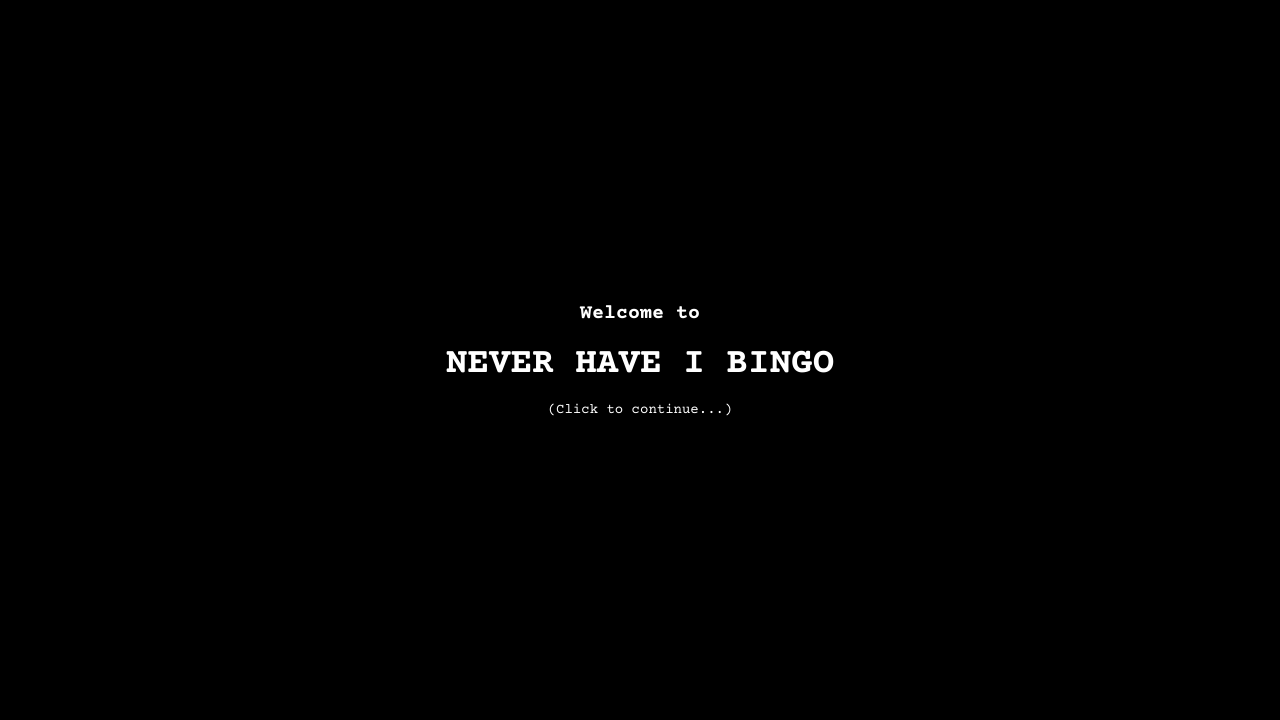
Repository: Jeysmeister/sensoryminds-bingo
Page: /
These files come from the project's save history. The page is drawn as it stood at one moment and after the next save; the edit follows.
The browser window is 1280 px wide. The pictures show the whole page.
The project was rebuilt for these pictures with package versions that can differ from the ones it lists, and the page was loaded fresh each time. The framework's server and built-in components were replaced by stand-ins that run in the browser. Also part of the build but not shown: next.config.ts.

Above is the page before, as saved 2024-11-12 18:32:12.

### app/layout.tsx
import type { Metadata } from "next";
import { Courier_Prime } from "next/font/google";
import "./globals.css";
import Header from "./components/Header";

export const metadata: Metadata = {
  title: "Never have I BINGO",
  description: "Sensory Minds Front-End Coding Challenge",
};

const courier = Courier_Prime({
  subsets: ["latin"],
  weight: ["400", "700"],
});

export default function RootLayout({
  children,
}: Readonly<{
  children: React.ReactNode;
}>) {
  return (
    <html lang="en">
      <body className={`${courier.className} antialiased`}>{children}</body>
    </html>
  );
}

### app/page.tsx
"use client";

import { neverHaveIEverQuestions } from "@/data/questions";
import { motion } from "framer-motion";
import { useState } from "react";
import BingoCard from "./components/BingoCard";
import Header from "./components/Header";

export default function Home() {
  const [activeSection, setActiveSection] = useState(0);

  const getRandomQuestions = (count: number) => {
    const shuffled = [...neverHaveIEverQuestions].sort(() => 0.5 - Math.random());
    return shuffled.slice(0, count);
  };
  const questions = getRandomQuestions(24);

  const slideInVariant = {
    default: { x: 0, opacity: 1, width: "100%" },
    invisible: { x: "100%", opacity: 0, width: 0 },
    visible: { x: 0, opacity: 1, width: "100%", transition: { duration: 2 } },
  };

  return (
    <div className="flex w-screen overflow-hidden">
      <motion.div
        className="w-screen h-screen flex justify-center items-center text-white bg-black flex-col gap-4 cursor-pointer"
        onClick={() => setActiveSection(1)}
        initial="default"
        animate={`${activeSection === 1 ? "invisible" : activeSection === 2 && "invisible"}`}
        exit="slideOut"
        variants={slideInVariant}
      >
        <div className="text-xl font-bold">Welcome to</div>
        <div className="text-4xl font-bold">NEVER HAVE I BINGO</div>
        <div className="text-sm">(Click to continue...)</div>
      </motion.div>

      <motion.div
        className="w-screen h-screen flex justify-center items-center text-white bg-black flex-col gap-4 cursor-pointer"
        onClick={() => setActiveSection(2)}
        initial="invisible"
        animate={activeSection === 1 ? "visible" : activeSection === 2 && "invisible"}
        exit="slideOut"
        variants={slideInVariant}
      >
        <div className="text-4xl font-extrabold">RULES</div>
        <div className="flex flex-col text-xl font-bold text-left w-[800px]">
          <div>1. Players must decide on the consequence when a player loses.</div>
          <div>2. Players must click on the boxes they've done.</div>
          <div>3. A player loses if they fill a row, column, or diagonal.</div>
          <div>4. All players that lose must do the consequence.</div>
          <div>5. After doing the consequence, players must click the restart button on the top right of the page.</div>
          <div>6. Have Fun!</div>
        </div>
        <div className="text-sm">(Click to continue...)</div>
      </motion.div>

      <motion.div
        className="w-screen h-screen flex flex-col justify-center items-center relative"
        initial="invisible"
        animate={activeSection === 2 && "visible"}
        exit="slideOut"
        variants={slideInVariant}
      >
        <Header />
        <BingoCard questions={questions} />
      </motion.div>
    </div>
  );
}

### data/questions.ts
export const neverHaveIEverQuestions = [
  "laughed so hard I snorted",
  "eaten a whole pizza by myself",
  "stayed up all night binge-watching a series",
  "danced in the rain",
  "tried to learn another language just to impress someone",
  "accidentally texted the wrong person",
  "pretended to know a celebrity",
  "had a nightmare about work or school",
  "played a prank on a teacher or boss",
  "gone skinny dipping",
  "gotten lost in an amusement park",
  "been on a blind date",
  "pretended to be on a cooking show while making food",
  "locked myself out of my house",
  "forgotten an important anniversary or birthday",
  "tried a weird food combination that I ended up loving",
  "cried during a movie",
  "played a video game all night",
  "forgotten someone's name right after meeting them",
  "laughed at a joke I didn't get",
  "sung karaoke in public",
  "cried at a wedding",
  "been the last one awake at a sleepover",
  "tried to start a fire without matches or a lighter",
  "accidentally sent a message to the wrong person",
  "made up an excuse to get out of a date",
  "accidentally walked into the wrong restroom",
  "gotten a tattoo I regretted",
  "pretended to like a gift I didn't like",
  "been on a roller coaster",
  "cried during a song",
  "fainted in public",
  "had my phone fall in water",
  "pretended to be sick to skip school or work",
  "done a backflip",
  "lied to my best friend",
  "been scared of clowns",
  "cried at a concert",
  "sang in the shower",
  "had a crush on a teacher",
  "broken a bone",
  "eaten food that was still frozen",
  "gotten stitches",
  "driven a car",
  "ridden a motorcycle",
  "been to a haunted house",
  "been on TV",
  "been afraid of the dark",
  "been stuck in an elevator",
  "lost my wallet",
  "cooked an elaborate meal for myself",
  "accidentally broken a friend's item and didn't tell them",
  "regretted a social media post",
  "missed a flight",
  "forgotten my passport while traveling",
  "made a mess and left it for someone else to clean",
  "skipped school or work for a road trip",
  "written a poem for someone",
  "fallen asleep on public transportation and missed my stop",
  "said 'you too' when a cashier said 'enjoy your meal'",
  "been told I look like a celebrity",
  "stayed up all night talking to someone",
  "gone to a costume party as myself",
  "bought something just for the packaging",
  "tried to do the splits",
  "put something back on the shelf after deciding not to buy it",
  "worn pajamas in public",
  "ordered an item of food just to take a picture of it",
  "walked into a glass door",
  "gone somewhere just for the free food",
  "tried a dance move from a music video",
  "lost something important and found it years later",
  "kept a plant alive for over a year",
  "given a fake name at a coffee shop",
  "forgotten where I parked my car",
  "forgotten my own phone number",
  "sent a text while angry that I regretted later",
  "watched an entire series in a single day",
  "had a song stuck in my head for days",
  "missed an important event because I overslept",
  "gotten sunburned so badly I peeled",
  "tried to ice skate and fallen",
  "been in a flash mob",
  "left a comment on a stranger's social media",
  "gone to the movies alone",
  "pretended to understand something I didn't",
  "stolen something small from a hotel",
  "broken a bone and not realized it immediately",
  "sent an email without proofreading it first",
  "taken a personality quiz online",
  "signed up for something I didn't want just for a freebie",
  "gotten a scar from something silly",
  "apologized to an object after bumping into it",
  "lost track of time while browsing the internet",
  "taken a selfie with a pet",
  "stayed in pajamas all day",
  "been seasick",
  "seen a ghost",
  "tried to play matchmaker for friends",
  "pretended I knew the words to a song",
  "kept a secret for over a year",
  "ate something weird just to prove I could",
  "looked up my own name on the internet",
  "changed my hairstyle on a whim",
  "put salt in coffee or tea by accident",
  "eaten a whole cake by myself",
  "watched a movie and fell asleep halfway through",
  "had an imaginary friend",
  "been to a concert",
  "eaten food that was past its expiration date",
  "accidentally called someone by the wrong name",
  "broken something expensive and blamed it on someone else",
  "spent more than $100 on something I didn’t need",
  "used someone else's toothbrush",
  "tried to eat something spicy and regretted it immediately",
  "posted something embarrassing online",
  "tried to flirt and failed miserably",
  "lied about my age",
  "been on a dating app",
  "used a fake ID",
  "faked being sick to avoid something",
  "lived in a place that wasn’t my own",
  "kept something from my childhood",
  "had a pet that wasn’t a dog or cat",
  "faked a phone call",
  "ate something because it was trendy",
  "thought I was going to die at some point",
  "slept through an alarm",
  "danced in front of a mirror",
  "sang in front of a mirror",
  "had a food fight",
  "tried to become friends with someone just because they were popular",
  "stalked someone on social media",
  "tried to break up with someone but didn’t",
  "had a crush on a fictional character",
  "joined a group just to get discounts",
  "told someone a secret and regretted it",
  "ate something I didn’t like to be polite",
  "cheated on a test",
  "used a burner phone",
  "felt awkward in a social setting",
  "kept a childhood toy",
  "threw a surprise party for someone",
  "accidentally walked into a room full of people while I was on a video call",
  "joined a club to meet new people",
  "went on a blind date",
  "helped a friend cheat on an exam",
  "had a weird pet",
  "forgotten to charge my phone",
  "called in sick to work when I wasn’t",
  "been caught stealing something",
  "tried to take a shortcut that ended up being longer",
  "left a store without paying for something",
  "made a fake profile to prank someone",
  "kept a really embarrassing thing secret from my family",
  "met someone famous",
  "slept through an important meeting",
  "had a crush on a teacher",
  "sang in public",
  "had a bad haircut and didn’t tell anyone",
  "used a dating app without success",
  "snuck into a movie",
  "made a prank phone call",
  "used someone’s Netflix account without permission",
  "went on a vacation alone",
  "used a discount code that wasn’t meant for me",
  "accidentally wore mismatched socks",
  "tried a weird life hack that didn’t work",
  "got scammed online",
  "eaten an entire chocolate bar in one sitting",
  "seen something creepy and didn’t tell anyone",
  "been told to be quiet in a library",
  "been to a theme park with friends",
  "gotten in trouble for something I didn’t do",
  "had a fashion disaster",
  "was a picky eater when I was younger",
  "accidentally liked an old photo on social media",
  "wore sunglasses inside",
  "stayed up late for no reason",
  "had an awkward family gathering",
  "been called out in a public place",
  "tried to impress someone and failed",
  "lost a bet and had to do something silly",
  "said something inappropriate in front of my parents",
  "been to a concert of a band I didn’t like",
  "laughed during a serious moment",
  "tried to sell something I didn’t need",
  "talked to someone only to realize I had met them before",
  "tried to skip a line and got caught",
  "ate food that was not prepared by me",
  "tried to fix something and made it worse",
  "was shocked by something that turned out to be a prank",
  "pretended to be asleep when someone walked in",
  "had a crush on someone for a long time without telling them",
  "spent too much money on coffee",
  "missed a major event because I overslept",
  "sent a message to the wrong person by accident",
  "accidentally made an embarrassing sound in public",
  "looked up how to do something but still couldn’t",
  "tried to impress someone with a talent I didn’t have",
  "tried a food that sounded good but tasted bad",
  "was caught talking to myself in public",
  "made a mess and didn’t clean it up",
  "was caught eavesdropping on a conversation",
  "spent more than I planned on something",
  "told someone I was busy when I wasn’t",
  "went somewhere just for the food",
  "tried to act cool but failed",
  "lost something and then found it in a place I looked earlier",
  "spent an entire day in my pajamas",
  "tried a DIY project and it turned out horrible",
  "pretended to be an expert at something",
  "laughed at a joke I didn’t understand",
  "accidentally sent a text with a typo to my boss",
  "talked to someone for a while only to realize they weren’t who I thought",
  "tried to speak another language and failed",
  "got caught in a lie",
  "accidentally said something inappropriate",
  "pretended to know how to drive but didn’t",
  "lost my phone and found it in the last place I looked",
  "ate something and immediately regretted it",
  "been surprised by a surprise party",
  "sung a song in the car like it was a concert",
  "pretended to be sick to avoid work",
  "had a pet that I wasn’t responsible for",
  "been on a reality TV show",
  "eaten a whole bag of chips in one sitting",
  "watched something on Netflix that was totally embarrassing",
  "forgotten to reply to a message for a week",
  "gotten lost and found my way by asking for directions",
  "been embarrassed by my own joke",
  "told a bad joke that no one laughed at",
  "forgotten my own birthday",
  "failed a simple task",
  "been caught stealing something small",
  "spied on someone without their knowledge",
  "drank coffee at midnight",
  "accidentally sent a selfie to the wrong person",
  "made a huge mistake at work",
  "accidentally dyed my hair a weird color",
  "acted like I knew something but didn’t",
  "forgotten where I put my phone",
  "told a fib that backfired",
  "shared a secret that wasn’t mine to share",
];

### app/components/BingoCard.tsx
"use client";

import { possibleWins } from "@/data/possibleWins";
import { useEffect, useState } from "react";
import BingoItem from "./BingoItem";
import { motion } from "framer-motion";

const container = {
  hidden: { opacity: 1, scale: 0 },
  visible: {
    opacity: 1,
    scale: 1,
    transition: {
      delayChildren: 0.3,
      staggerChildren: 0.2,
    },
  },
};

const child = {
  hidden: { y: 20, opacity: 0 },
  visible: {
    y: 0,
    opacity: 1,
  },
};

const BingoCard = ({ questions }: { questions: string[] }) => {
  const [marked, setMarked] = useState<number[]>([12]);
  const grid = [...questions.slice(0, 12), "FREE", ...questions.slice(12)];
  const checkForWin = (markedBoxes: number[]) => {
    return possibleWins.some((combination) => combination.every((index) => markedBoxes.includes(index)));
  };
  useEffect(() => {
    console.log(marked);
    const win = checkForWin(marked);
    if (win) {
      console.log("WINNER");
    }
  }, [marked]);

  return (
    <motion.div variants={container} initial="hidden" animate="visible" className="border border-gray-300 p-4 pt-0 rounded-xl">
      <div className="flex w-full justify-center items-center py-4 text-xl font-extrabold">NEVER HAVE I BINGO</div>
      <div className="max-w-[800px] max-h-[800px] grid grid-cols-5 gap-2">
        {grid.map((item, index) => (
          <motion.div variants={child}>
            <BingoItem key={index} index={index} item={item} marked={marked} setMarked={setMarked} />
          </motion.div>
        ))}
      </div>
    </motion.div>
  );
};

export default BingoCard;

### app/components/Header.tsx
import { Button } from "@/components/ui/button";

const Header = () => {
  return (
    <div className="p-4 w-screen absolute top-0  flex justify-between items-center">
      <div className="text-xl">NEVER HAVE I BINGO</div>
      <Button className="font-extrabold">Next Round</Button>
    </div>
  );
};

export default Header;

### data/possibleWins.ts
export const possibleWins = [
  // Rows
  [0, 1, 2, 3, 4], // Row 1
  [5, 6, 7, 8, 9], // Row 2
  [10, 11, 12, 13, 14], // Row 3
  [15, 16, 17, 18, 19], // Row 4
  [20, 21, 22, 23, 24], // Row 5

  // Columns
  [0, 5, 10, 15, 20], // Column 1
  [1, 6, 11, 16, 21], // Column 2
  [2, 7, 12, 17, 22], // Column 3
  [3, 8, 13, 18, 23], // Column 4
  [4, 9, 14, 19, 24], // Column 5

  // Diagonals
  [0, 6, 12, 18, 24], // Diagonal 1
  [4, 8, 12, 16, 20], // Diagonal 2
];

### app/components/BingoItem.tsx
"use client";

import { useState } from "react";
import { motion } from "framer-motion";

const BingoItem = ({ index, item, marked, setMarked }: { index: number; item: string; marked: number[]; setMarked: (value: number[]) => void }) => {
  const [active, setActive] = useState(item === "FREE" ? true : false);
  const handleClick = (index: number) => {
    if (item !== "FREE") {
      const newActive = !active;
      if (newActive) {
        setActive(newActive);
        setMarked([...marked, index]);
      } else {
        setActive(newActive);
        const indexOfItem = marked.indexOf(index);
        setMarked([...marked.splice(0, indexOfItem), ...marked.splice(indexOfItem)]);
      }
    }
  };
  return (
    <motion.div
      initial={{ backgroundColor: "#ffffff" }}
      animate={{
        backgroundColor: active ? "#000000" : "#ffffff",
      }}
      transition={{ duration: 0.5 }}
      key={index}
      className={`relative flex items-center justify-center p-2 h-[130px] w-[130px] border border-gray-200 rounded ${active ? "bg-black text-white" : "bg-white text-black"} cursor-pointer`}
      onClick={() => handleClick(index)}
    >
      <p className="text-center text-sm font-extrabold capitalize">{item}</p>
    </motion.div>
  );
};

export default BingoItem;

### components/ui/button.tsx
import * as React from "react"
import { Slot } from "@radix-ui/react-slot"
import { cva, type VariantProps } from "class-variance-authority"

import { cn } from "@/lib/utils"

const buttonVariants = cva(
  "inline-flex items-center justify-center gap-2 whitespace-nowrap rounded-md text-sm font-medium transition-colors focus-visible:outline-none focus-visible:ring-1 focus-visible:ring-ring disabled:pointer-events-none disabled:opacity-50 [&_svg]:pointer-events-none [&_svg]:size-4 [&_svg]:shrink-0",
  {
    variants: {
      variant: {
        default:
          "bg-primary text-primary-foreground shadow hover:bg-primary/90",
        destructive:
          "bg-destructive text-destructive-foreground shadow-sm hover:bg-destructive/90",
        outline:
          "border border-input bg-background shadow-sm hover:bg-accent hover:text-accent-foreground",
        secondary:
          "bg-secondary text-secondary-foreground shadow-sm hover:bg-secondary/80",
        ghost: "hover:bg-accent hover:text-accent-foreground",
        link: "text-primary underline-offset-4 hover:underline",
      },
      size: {
        default: "h-9 px-4 py-2",
        sm: "h-8 rounded-md px-3 text-xs",
        lg: "h-10 rounded-md px-8",
        icon: "h-9 w-9",
      },
    },
    defaultVariants: {
      variant: "default",
      size: "default",
    },
  }
)

export interface ButtonProps
  extends React.ButtonHTMLAttributes<HTMLButtonElement>,
    VariantProps<typeof buttonVariants> {
  asChild?: boolean
}

const Button = React.forwardRef<HTMLButtonElement, ButtonProps>(
  ({ className, variant, size, asChild = false, ...props }, ref) => {
    const Comp = asChild ? Slot : "button"
    return (
      <Comp
        className={cn(buttonVariants({ variant, size, className }))}
        ref={ref}
        {...props}
      />
    )
  }
)
Button.displayName = "Button"

export { Button, buttonVariants }

Loaded but not shown: app/globals.css (common file); lib/utils.ts (common file); tailwind.config.ts (common file)

After the next save:
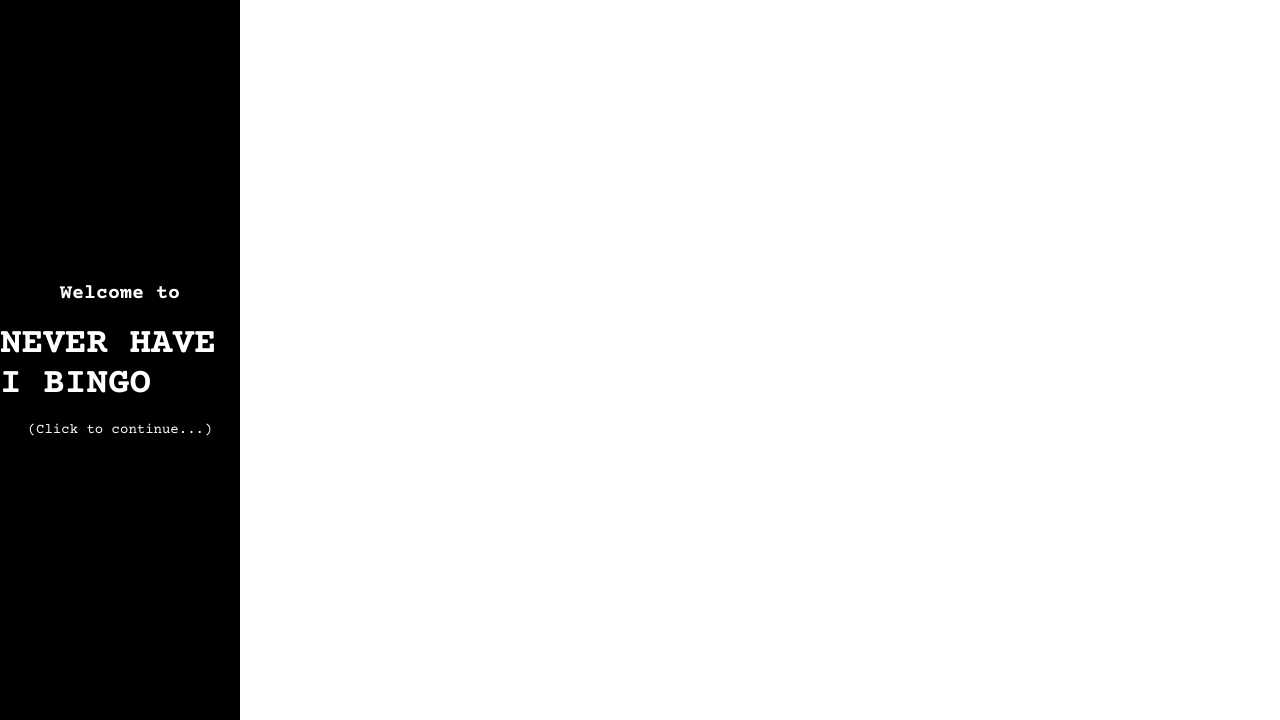
Saved 82 s later.
--- a/app/page.tsx
+++ b/app/page.tsx
@@ -16,9 +16,9 @@
   const questions = getRandomQuestions(24);
 
   const slideInVariant = {
-    default: { x: 0, opacity: 1, width: "100%" },
-    invisible: { x: "100%", opacity: 0, width: 0 },
-    visible: { x: 0, opacity: 1, width: "100%", transition: { duration: 2 } },
+    default: { x: 0, opacity: 1, hidden: false },
+    invisible: { x: "100%", opacity: 0, hidden: true },
+    visible: { x: 0, opacity: 1, hidden: false, transition: { duration: 2 } },
   };
 
   return (

After the save that followed:
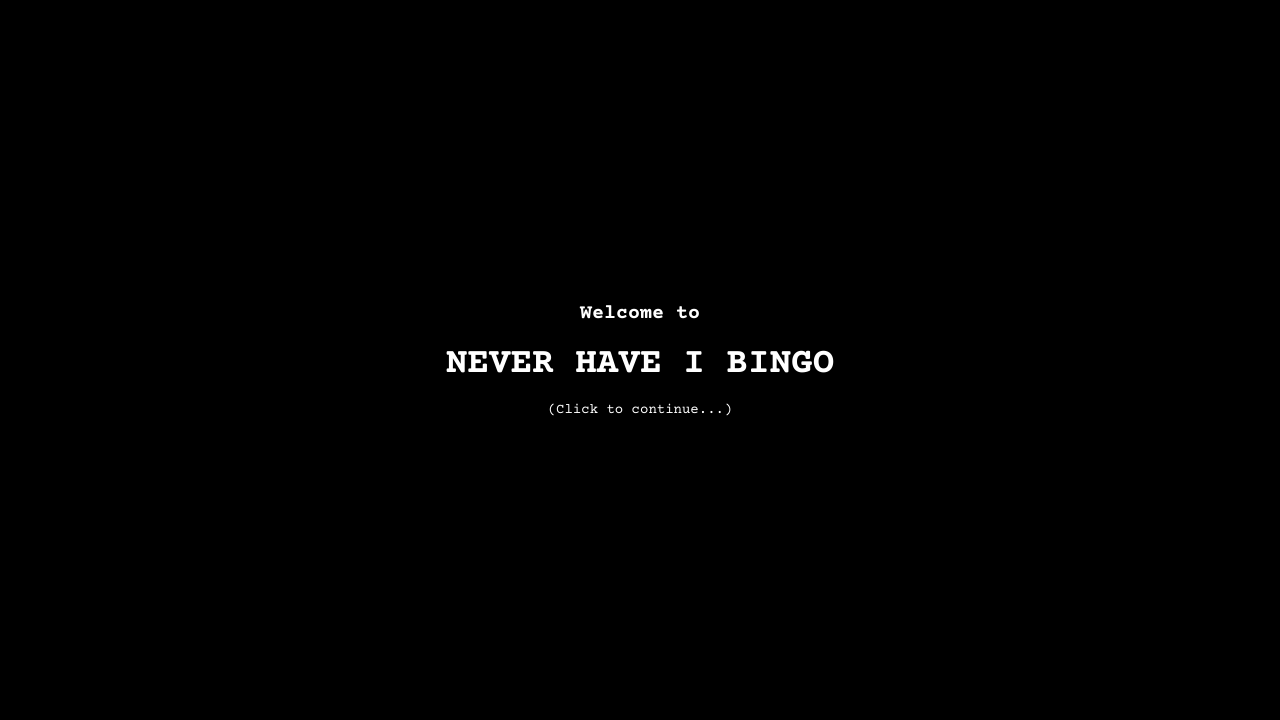
Saved 7 s later.
--- a/app/page.tsx
+++ b/app/page.tsx
@@ -16,9 +16,9 @@
   const questions = getRandomQuestions(24);
 
   const slideInVariant = {
-    default: { x: 0, opacity: 1, hidden: false },
-    invisible: { x: "100%", opacity: 0, hidden: true },
-    visible: { x: 0, opacity: 1, hidden: false, transition: { duration: 2 } },
+    default: { x: 0, opacity: 1, width: "100%" },
+    invisible: { x: "100%", opacity: 0, width: 0 },
+    visible: { x: 0, opacity: 1, width: "100%", transition: { duration: 2 } },
   };
 
   return (
